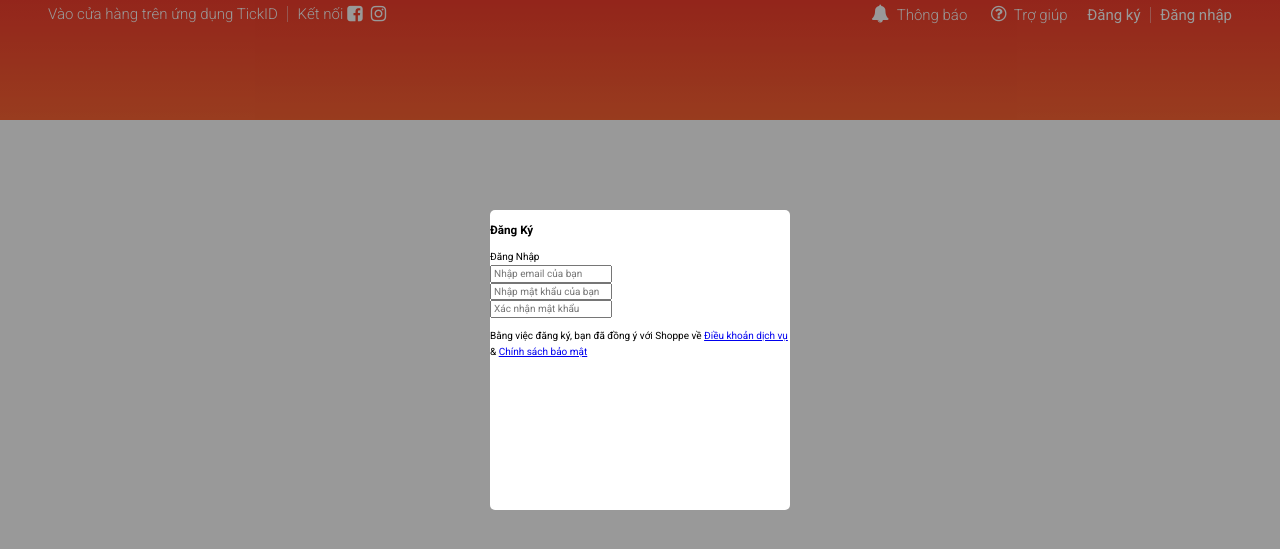
Repository: huydev0401/F8-Shop
Page: index.html
These files come from the project's save history. The page is drawn as it stood at one moment and after the next save; the edit follows.
The browser window is 1280 px wide. The pictures show the whole page.

Above is the page before, as saved 2021-08-12 15:25:11.

After the next save:
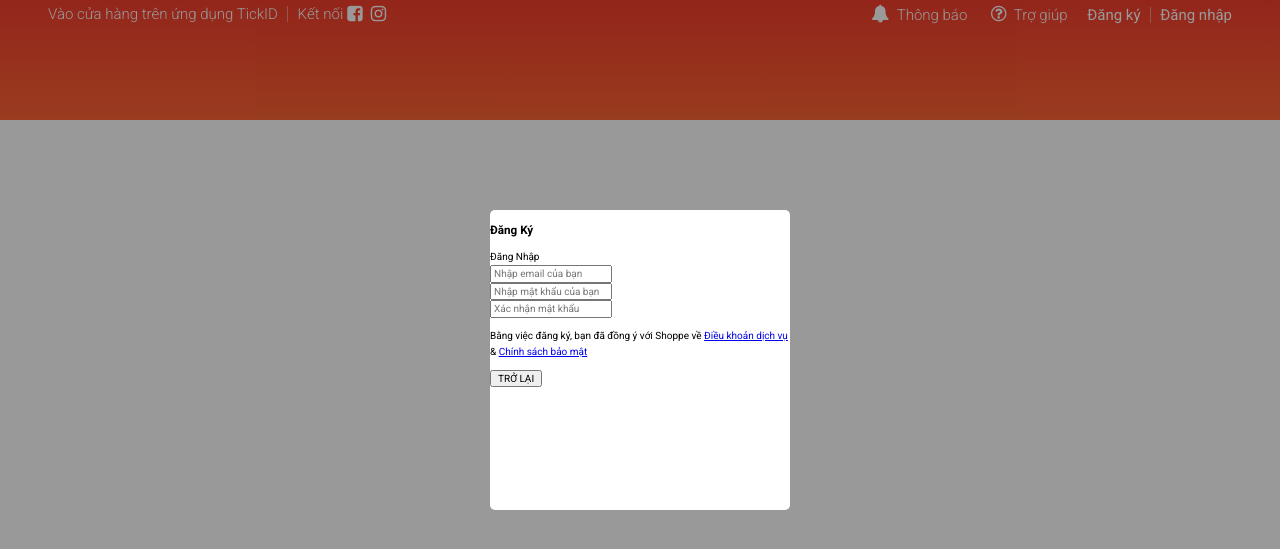
Saved 37 s later.
--- a/index.html
+++ b/index.html
@@ -145,7 +145,7 @@
                         </p>
                     </div>
                     <div class="authen-form__controls">
-
+                        <button class="btn">TRỞ LẠI</button>
                     </div>
                 </div>
             </div>
